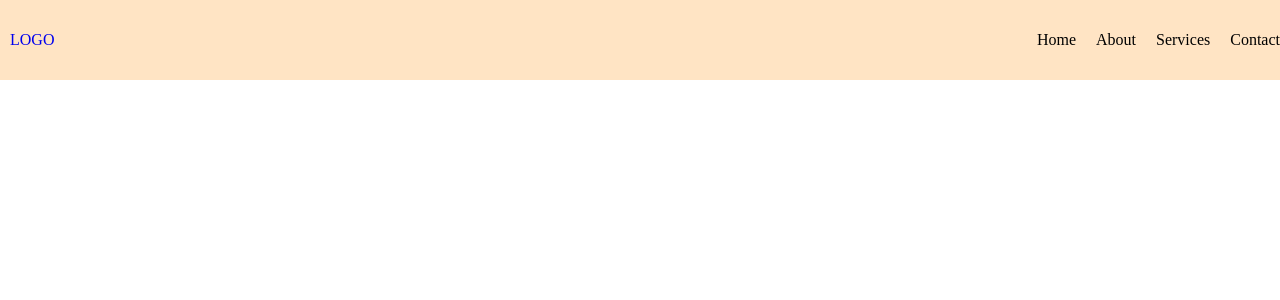
Repository: chanchalsaini/React-WUI
Page: /
These files come from the project's save history. The page is drawn as it stood at one moment and after a run of saves; the edit follows.
The browser window is 1280 px wide. The pictures show the whole page.
The project was rebuilt for these pictures with package versions that can differ from the ones it lists, and the page was loaded fresh each time.

Above is the page before, as saved 2020-09-21 21:56:17.

After the next 2 saves:
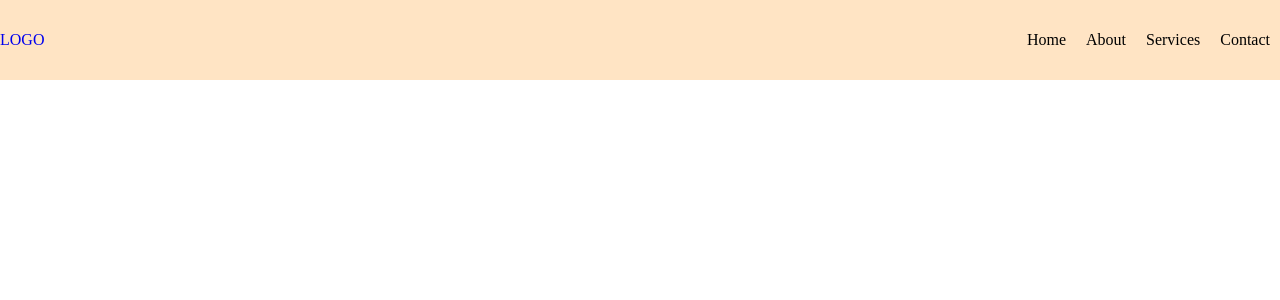
The 2 saves are shown as one change because they came seconds apart.
The last was saved 7 s later.
--- a/src/App.css
+++ b/src/App.css
@@ -9,7 +9,6 @@ header {
   position: fixed;
   width: 100%;
   height: 80px;
-  padding: 0px 40px 0px 10px;
 }
 .logo {
   text-decoration: none;
